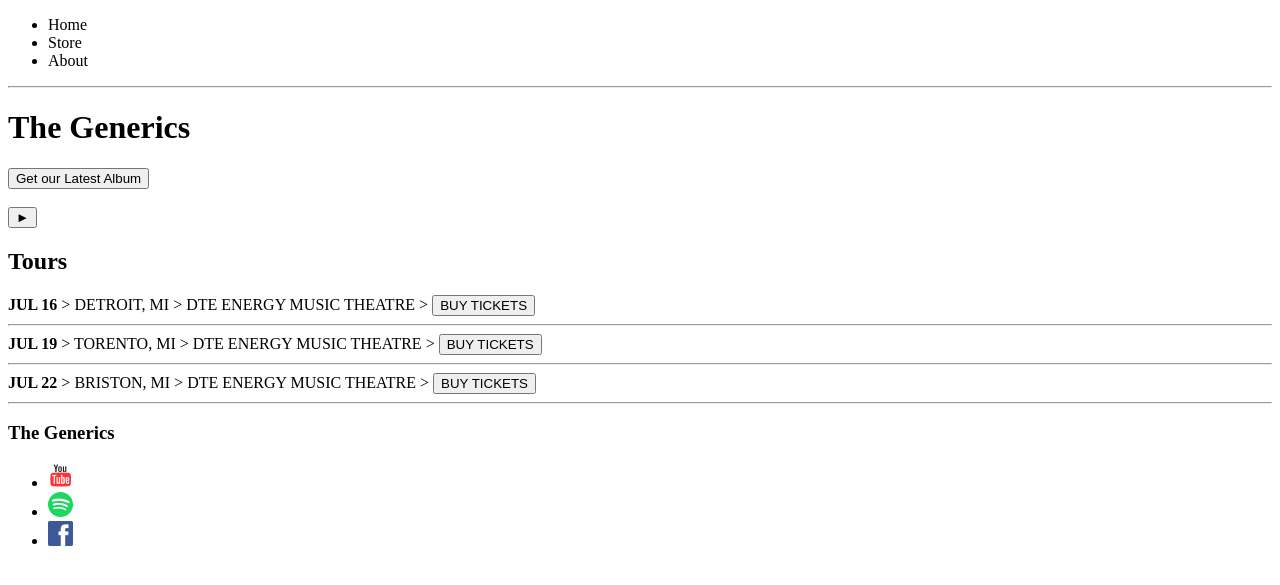
Repository: nazmulhaquep/WebDesign
Page: index.html
The author's editor kept a copy of each file at every save. The page is drawn from the files as they stood at one save, then again after the next save.
The browser window is 1280 px wide. The pictures show the whole page.

Above is the page before, as saved 2023-11-22 14:10:32.

### index.html
<!DOCTYPE html>
<html lang="en">
<head>
    <meta charset="UTF-8">
    <meta name="viewport" content="width=device-width, initial-scale=1.0">
    <title>The Generics</title>
    <meta name="description" content="This is the description">
</head>
<body>
    <header>
        <nav>
            <ul>
                <li>Home</li>
                <li>Store</li>
                <li>About</li>
            </ul>
        </nav>
        <hr/>
        <h1> The Generics </h1>
        <button>Get our Latest Album</button>
        <br>
        <br>
        <!-- Todo:find background image -->
        <button>&#9658;</button>
    </header>
    <section>
        <h2>Tours</h2>
        <div>
            <div>
                <strong>JUL 16 </strong>
                 &it;&gt;
                <span> DETROIT, MI </span>
                 &it;&gt;
                <span> DTE ENERGY MUSIC THEATRE</span>
                 &it;&gt;
                <button type="button">BUY TICKETS </button>
                <hr/>
            </div>

            <div>
                <strong>JUL 19</strong>
                 &it;&gt;
                <span> TORENTO, MI </span>
                 &it;&gt;
                <span> DTE ENERGY MUSIC THEATRE</span>
                 &it;&gt;
                <button type="button">BUY TICKETS </button>
                <hr/>
            </div>

            <div>
                <strong>JUL 22</strong>
                 &it;&gt;
                <span> BRISTON, MI </span>
                 &it;&gt;
                <span> DTE ENERGY MUSIC THEATRE</span>
                 &it;&gt;
                <button type="button">BUY TICKETS </button>
                <hr/>
            </div>

        </div>
    </section>
    <footer>
        <h3>The Generics</h3>
        <ul>
            <li><img src="images/YouTube Logo.png"> </li>
            <li><img src="images/Spotify Logo.png"> </li>
            <li><img src="images/Facebook Logo.png"> </li>
        </ul>
    </footer>
</body>
</html>

After the next save:
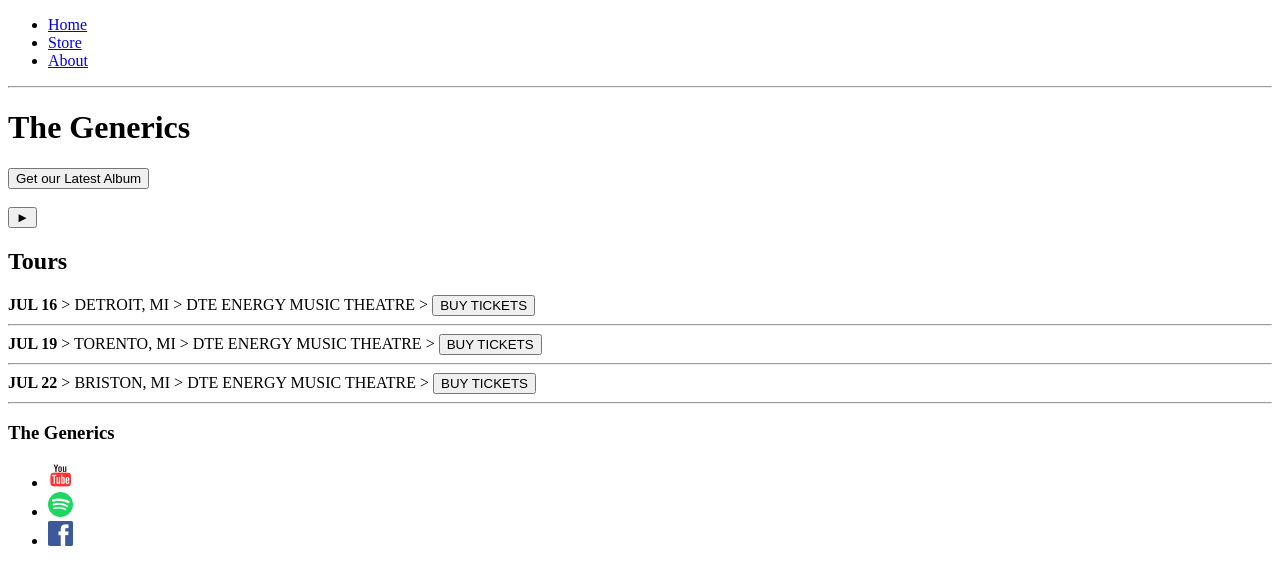
Saved 1 s later.
--- a/index.html
+++ b/index.html
@@ -10,9 +10,9 @@
     <header>
         <nav>
             <ul>
-                <li>Home</li>
-                <li>Store</li>
-                <li>About</li>
+                <li><a href="index.html">Home</a></li>
+                <li><a href="store.html">Store</a></li>
+                <li><a href="about.html">About</a></li>
             </ul>
         </nav>
         <hr/>
